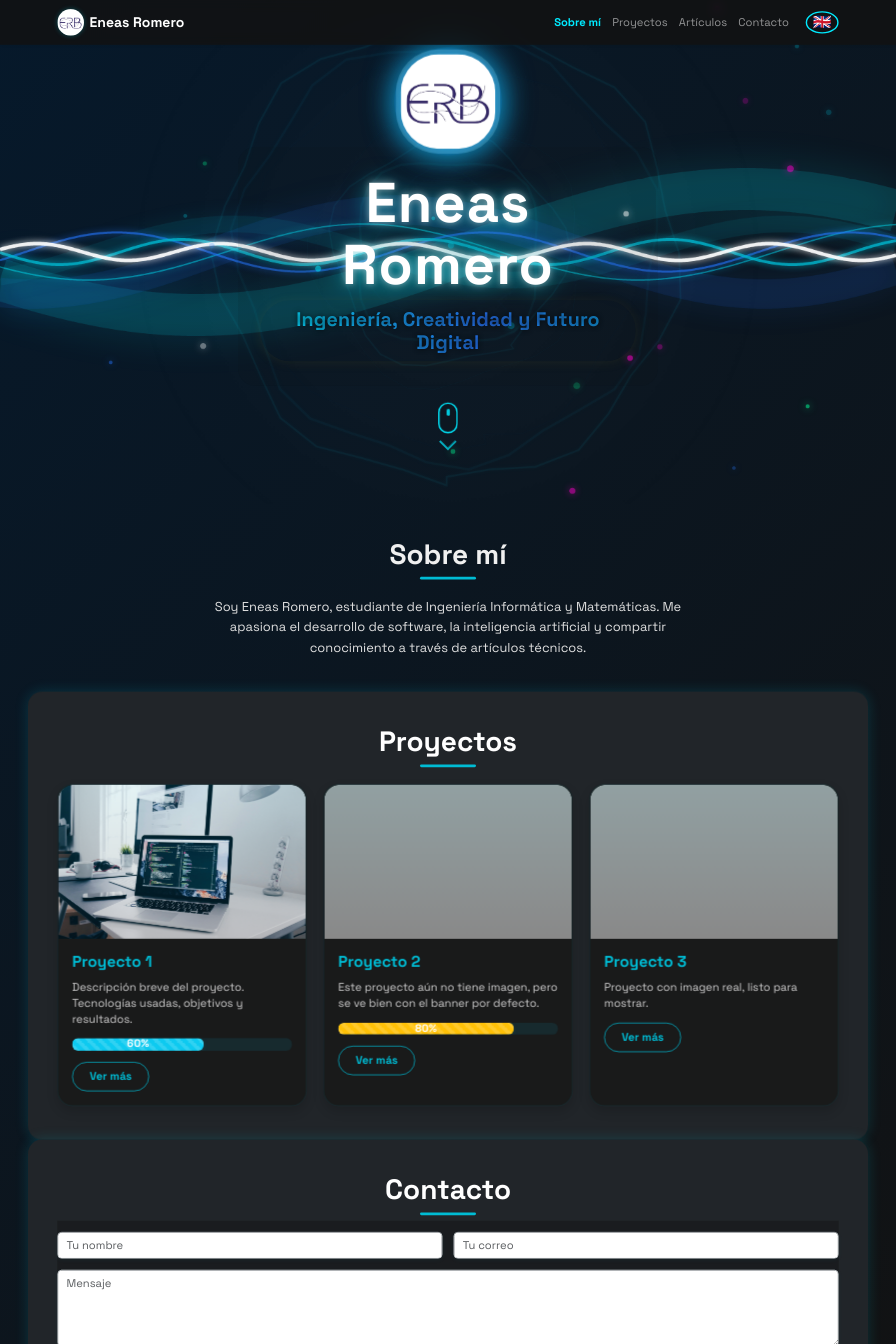
Repository: enerombar/enerombar.github.io
Page: index.html
An editor plug-in stored every save of this project. The page is shown before and after the next save, followed by the edit.
The browser window is 1280 px wide. The pictures show the part of the page from y = 0 to 1920 px (the page is 2161 px tall before and 2857 px after), at 70% of full size.
Pictures or frames that could not be fetched are drawn as grey boxes. Some web libraries are served in a nearby version.

Above is the page before, as saved 2025-06-27 01:48:14.
Console error: SyntaxError: Identifier 'translations' has already been declared

### index.html
<!DOCTYPE html>
<html lang="es">
<head>
  <meta charset="UTF-8" />
  <meta name="viewport" content="width=device-width, initial-scale=1" />
  <title>Eneas Romero - Portfolio</title>

  <!-- Google Fonts -->
  <link href="https://fonts.googleapis.com/css2?family=Space+Grotesk:wght@400;700&display=swap" rel="stylesheet" />

  <!-- Bootstrap -->
  <link href="https://cdn.jsdelivr.net/npm/bootstrap@5.3.0/dist/css/bootstrap.min.css" rel="stylesheet" />

<!-- AOS Animations -->
<link href="https://cdn.jsdelivr.net/npm/aos@2.3.4/dist/aos.css" rel="stylesheet" />


  <!-- FontAwesome Icons -->
  <script src="https://kit.fontawesome.com/2dd1da6546.js" crossorigin="anonymous"></script>

  <!-- Custom CSS -->
  <link href="styles.css" rel="stylesheet" />
  <!-- Elimina Particles.js -->
  <!-- <script src="https://cdn.jsdelivr.net/npm/particles.js@2.0.0/particles.min.js"></script> -->
</head>
<body>
  <!-- Pantalla de carga -->
  <div id="loading-screen">
    <div class="spinner"></div>
  </div>
  <!-- Fondo animado canvas -->
  <canvas id="background-canvas"></canvas>
  <!-- NAVBAR -->
  <nav class="navbar navbar-expand-lg navbar-dark bg-dark fixed-top shadow-sm" style="backdrop-filter: blur(8px); background:rgba(18,18,18,0.85)!important;">
    <div class="container">
      <a class="navbar-brand fw-bold d-flex align-items-center gap-2" href="index.html">
        <img src="img/logo.png" alt="Logo" style="height:38px;width:38px;border-radius:50%;background:#fff;padding:3px;box-shadow:0 0 8px #00eaff44;">
        Eneas Romero
      </a>
      <button class="navbar-toggler" type="button" data-bs-toggle="collapse" data-bs-target="#navbarNav"
        aria-controls="navbarNav" aria-expanded="false" aria-label="Toggle navigation">
        <span class="navbar-toggler-icon"></span>
      </button>

      <div class="collapse navbar-collapse justify-content-end" id="navbarNav">
        <ul class="navbar-nav align-items-center">
          <li class="nav-item">
            <a class="nav-link active" href="#hero" data-key="navAbout">Sobre mí</a>
          </li>
          <li class="nav-item">
            <a class="nav-link" href="proyectos.html" data-key="navProjectsPage">Proyectos</a>
          </li>
          <li class="nav-item">
            <a class="nav-link" href="articulos.html" data-key="navArticles">Artículos</a>
          </li>
          <li class="nav-item">
            <a class="nav-link" href="#contact" data-key="navContact">Contacto</a>
          </li>
          <li class="nav-item ms-3">
            <button id="langToggle" class="btn btn-flag" aria-label="Cambiar idioma" style="font-size:1.35rem;padding:0.2rem 0.5rem;">
              <img id="langFlag" src="img/gb.svg" alt="Cambiar idioma" style="height:24px;width:32px;object-fit:cover;">
            </button>
          </li>
        </ul>
      </div>
    </div>
  </nav>

  <!-- HERO -->
  <header id="hero" class="hero text-white d-flex align-items-center justify-content-center text-center" data-aos="fade-down"
    data-aos-duration="1500" data-aos-easing="ease-in-out" style="position:relative;z-index:1;">
    <div class="w-100 d-flex flex-column align-items-center">
      <!-- Logo centrado arriba -->
      <div class="hero-logo-wrapper">
        <img id="hero-logo" src="img/logo.png" alt="Logo Eneas Romero" style="height:130px;width:130px;max-width:130px;">
      </div>
      <!-- Título y subtítulo en recuadro -->
      <div class="hero-content-glass">
        <div class="hero-text-wrapper text-center">
          <h1 class="display-2 fw-bold hero-title" data-key="heroName">
            Eneas Romero
          </h1>
          <p class="lead hero-subtitle mb-2 text-gradient" data-key="heroSubtitle">
            Ingeniería, Creatividad y Futuro Digital
          </p>
        </div>
      </div>
      <!-- Indicador scroll animado fuera del recuadro -->
      <div class="scroll-indicator mt-4" aria-label="Desplazar hacia abajo">
        <button id="scroll-down-btn" class="scroll-mouse-btn" aria-label="Bajar a la siguiente sección">
          <span class="scroll-mouse">
            <span class="scroll-wheel"></span>
          </span>
          <span class="scroll-arrow"></span>
        </button>
      </div>
    </div>
  </header>

  <!-- SOBRE MÍ -->
  <section id="about" class="py-5" data-aos="fade-right" data-aos-duration="1200" data-aos-delay="200" style="position:relative;z-index:1;">
    <div class="container">
      <h2 class="mb-4 section-title" data-key="aboutTitle">Sobre mí</h2>
      <p class="section-text" data-key="aboutText">
        Soy Eneas Romero, estudiante de Ingeniería Informática y Matemáticas. Me apasiona el desarrollo de software,
        la inteligencia artificial y compartir conocimiento a través de artículos técnicos.
      </p>
    </div>
  </section>

  <!-- PROYECTOS -->
  <section id="projects" class="py-5 bg-dark text-white" style="position:relative;z-index:1;">
    <div class="container" data-aos="zoom-in" data-aos-duration="1500" data-aos-delay="300">
      <h2 class="mb-4 section-title" data-key="projectsTitle">Proyectos</h2>
      <div class="row g-4">

        <div class="col-md-4" data-aos="flip-left" data-aos-duration="1000" data-aos-delay="400">
          <div class="card h-100 shadow project-card elegant-card">
            <div class="project-img-wrapper">
              <img src="img/proyecto1.jpg" onerror="this.onerror=null;this.src='img/banner_default.png';"
                class="card-img-top" alt="Proyecto 1" />
              <div class="project-img-overlay"></div>
            </div>
            <div class="card-body">
              <h5 class="card-title" data-key="project1Title">Proyecto 1</h5>
              <p class="card-text" data-key="project1Desc">Descripción breve del proyecto. Tecnologías usadas, objetivos y resultados.</p>
              <!-- Barra de progreso -->
              <div class="progress mb-3 project-progress">
                <div class="progress-bar progress-bar-striped progress-bar-animated bg-info" role="progressbar" style="width: 60%;" aria-valuenow="60" aria-valuemin="0" aria-valuemax="100">60%</div>
              </div>
              <a href="#" class="btn btn-outline-primary project-btn" data-key="btnViewMore">Ver más</a>
            </div>
          </div>
        </div>

        <div class="col-md-4" data-aos="flip-left" data-aos-duration="1000" data-aos-delay="600">
          <div class="card h-100 shadow project-card elegant-card">
            <div class="project-img-wrapper">
              <img src="img/proyecto2.jpg" onerror="this.onerror=null;this.src='img/banner_default.png';"
                class="card-img-top" alt="Proyecto 2" />
              <div class="project-img-overlay"></div>
            </div>
            <div class="card-body">
              <h5 class="card-title" data-key="project2Title">Proyecto 2</h5>
              <p class="card-text" data-key="project2Desc">Este proyecto aún no tiene imagen, pero se ve bien con el banner por defecto.</p>
              <!-- Barra de progreso -->
              <div class="progress mb-3 project-progress">
                <div class="progress-bar progress-bar-striped progress-bar-animated bg-warning" role="progressbar" style="width: 80%;" aria-valuenow="80" aria-valuemin="0" aria-valuemax="100">80%</div>
              </div>
              <a href="#" class="btn btn-outline-primary project-btn" data-key="btnViewMore">Ver más</a>
            </div>
          </div>
        </div>

        <div class="col-md-4" data-aos="flip-left" data-aos-duration="1000" data-aos-delay="800">
          <div class="card h-100 shadow project-card elegant-card">
            <div class="project-img-wrapper">
              <img src="img/proyecto3.jpg" onerror="this.onerror=null;this.src='img/banner_default.png';"
                class="card-img-top" alt="Proyecto 3" />
              <div class="project-img-overlay"></div>
            </div>
            <div class="card-body">
              <h5 class="card-title" data-key="project3Title">Proyecto 3</h5>
              <p class="card-text" data-key="project3Desc">Proyecto con imagen real, listo para mostrar.</p>
              <a href="#" class="btn btn-outline-primary project-btn" data-key="btnViewMore">Ver más</a>
            </div>
          </div>
        </div>

      </div>
    </div>
  </section>

  <!-- CONTACTO -->
  <section id="contact" class="py-5 bg-dark text-white" data-aos="fade-up" data-aos-duration="1200" data-aos-delay="200" style="position:relative;z-index:1;">
    <div class="container">
      <h2 class="mb-4 section-title" data-key="contactTitle">Contacto</h2>
      <form class="contact-form-glass">
        <div class="row g-3">
          <div class="col-md-6">
            <input type="text" class="form-control" placeholder="Tu nombre" data-key-placeholder="formName" required />
          </div>
          <div class="col-md-6">
            <input type="email" class="form-control" placeholder="Tu correo" data-key-placeholder="formEmail" required />
          </div>
        </div>
        <div class="mb-3 mt-3">
          <textarea class="form-control" rows="4" placeholder="Mensaje" data-key-placeholder="formMessage" required></textarea>
        </div>
        <div class="d-flex justify-content-center">
          <button type="submit" class="btn btn-primary contact-btn" data-key="btnSend">Enviar</button>
        </div>
      </form>
    </div>
  </section>

  <!-- FOOTER -->
  <footer class="footer-glass text-center py-4 mt-5">
    <div class="container">
      <span class="text-muted">&copy; 2024 Eneas Romero. Todos los derechos reservados.</span>
    </div>
  </footer>

  <!-- Scripts Bootstrap y AOS -->
  <script src="https://cdn.jsdelivr.net/npm/bootstrap@5.3.0/dist/js/bootstrap.bundle.min.js"></script>
  <script src="https://cdn.jsdelivr.net/npm/aos@2.3.4/dist/aos.js"></script>
  <script src="scripts.js"></script>
  <script>
    // Ocultar pantalla de carga al cargar la página
    window.addEventListener('load', function() {
      setTimeout(() => {
        document.getElementById('loading-screen').classList.add('hide');
      }, 200);
    });

    AOS.init({
      once: true,
      mirror: false,
    });

    // Scroll al hacer click en el indicador
    document.addEventListener('DOMContentLoaded', function() {
      const scrollBtn = document.getElementById('scroll-down-btn');
      if (scrollBtn) {
        scrollBtn.addEventListener('click', function(e) {
          e.preventDefault();
          // Busca la siguiente sección después del hero
          const nextSection = document.querySelector('section');
          if (nextSection) {
            nextSection.scrollIntoView({ behavior: 'smooth' });
          }
        });
      }
    });

    // Siempre empieza arriba al recargar el index
    document.addEventListener('DOMContentLoaded', function() {
      if (window.location.hash) {
        window.scrollTo(0, 0);
        history.replaceState(null, null, window.location.pathname);
      } else {
        window.scrollTo(0, 0);
      }
    });

    // Traducciones y lógica de idioma
    const translations = {
      en: {
        navAbout: "About me",
        navProjects: "Projects",
        navContact: "Contact",
        heroName: "Eneas Romero",
        heroSubtitle: "Engineering, Creativity, and Digital Future",
        btnViewProjects: "View projects",
        aboutTitle: "About me",
        aboutText: "I am Eneas Romero, a student of Computer Engineering and Mathematics. I am passionate about software development, artificial intelligence, and sharing knowledge through technical articles.",
        projectsTitle: "Projects",
        project1Title: "Project 1",
        project1Desc: "Brief description of the project. Technologies used, objectives, and results.",
        project2Title: "Project 2",
        project2Desc: "This project doesn't have an image yet, but it looks good with the default banner.",
        project3Title: "Project 3",
        project3Desc: "Project with real image, ready to show.",
        btnViewMore: "View more",
        contactTitle: "Contact",
        formName: "Your name",
        formEmail: "Your email",
        formMessage: "Message",
        btnSend: "Send"
      },
      es: {
        navAbout: "Sobre mí",
        navProjects: "Proyectos",
        navContact: "Contacto",
        heroName: "Eneas Romero",
        heroSubtitle: "Ingeniería, Creatividad y Futuro Digital",
        btnViewProjects: "Ver proyectos",
        aboutTitle: "Sobre mí",
        aboutText: "Soy Eneas Romero, estudiante de Ingeniería Informática y Matemáticas. Me apasiona el desarrollo de software, la inteligencia artificial y compartir conocimiento a través de artículos técnicos.",
        projectsTitle: "Proyectos",
        project1Title: "Proyecto 1",
        project1Desc: "Descripción breve del proyecto. Tecnologías usadas, objetivos y resultados.",
        project2Title: "Proyecto 2",
        project2Desc: "Este proyecto aún no tiene imagen, pero se ve bien con el banner por defecto.",
        project3Title: "Proyecto 3",
        project3Desc: "Proyecto con imagen real, listo para mostrar.",
        btnViewMore: "Ver más",
        contactTitle: "Contacto",
        formName: "Tu nombre",
        formEmail: "Tu correo",
        formMessage: "Mensaje",
        btnSend: "Enviar"
      }
    };

    let currentLang = 'es';

    const switchLanguage = () => {
      currentLang = currentLang === 'es' ? 'en' : 'es';
      // Cambia la bandera
      document.getElementById('langFlag').src = currentLang === 'en' ? 'img/es.svg' : 'img/gb.svg';

      // Cambiar textos con data-key
      document.querySelectorAll('[data-key]').forEach(el => {
        const key = el.getAttribute('data-key');
        if (translations[currentLang] && translations[currentLang][key]) {
          el.textContent = translations[currentLang][key];
        }
      });

      // Cambiar placeholders con data-key-placeholder
      document.querySelectorAll('[data-key-placeholder]').forEach(el => {
        const key = el.getAttribute('data-key-placeholder');
        if (translations[currentLang] && translations[currentLang][key]) {
          el.setAttribute('placeholder', translations[currentLang][key]);
        }
      });
    };

    document.getElementById('langToggle').addEventListener('click', switchLanguage);

    // Al cargar la página, asegúrate de que la bandera sea la correcta
    document.addEventListener('DOMContentLoaded', function() {
      document.getElementById('langFlag').src = currentLang === 'en' ? 'img/es.svg' : 'img/gb.svg';
    });

    // Scroll al hacer click en el indicador
    document.addEventListener('DOMContentLoaded', function() {
      const scrollBtn = document.getElementById('scroll-down-btn');
      if (scrollBtn) {
        scrollBtn.addEventListener('click', function(e) {
          e.preventDefault();
          // Busca la siguiente sección después del hero
          const nextSection = document.querySelector('section');
          if (nextSection) {
            nextSection.scrollIntoView({ behavior: 'smooth' });
          }
        });
      }
    });

    // Siempre empieza arriba al recargar el index
    document.addEventListener('DOMContentLoaded', function() {
      if (window.location.hash) {
        window.scrollTo(0, 0);
        history.replaceState(null, null, window.location.pathname);
      } else {
        window.scrollTo(0, 0);
      }
    });
  </script>
</body>
</html>

Loaded but not shown: scripts.js (288 lines, source omitted); styles.css (612 lines, source omitted)

After the next save:
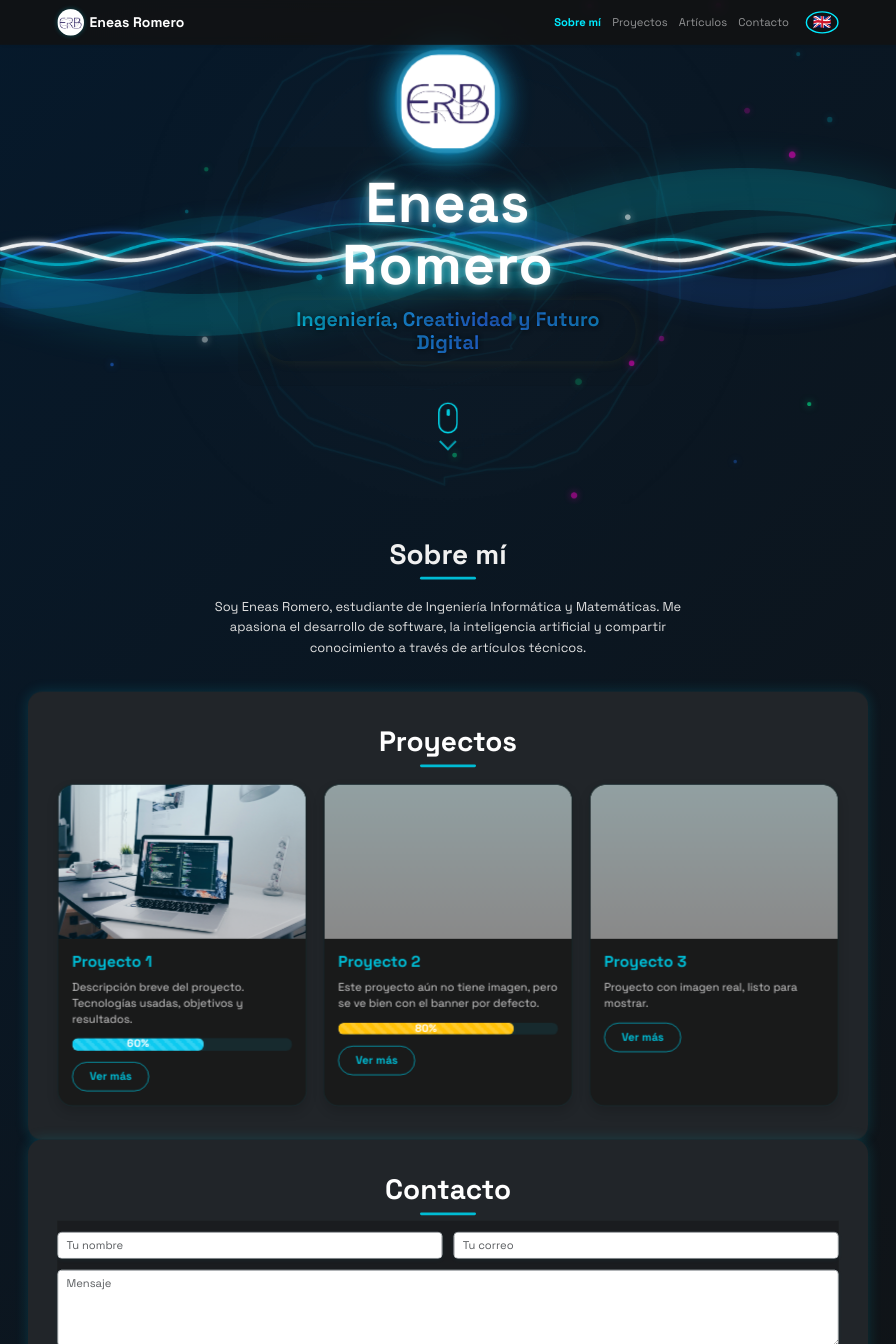
The error is gone.
Saved 4 min 7 s later.
--- a/index.html
+++ b/index.html
@@ -205,8 +205,8 @@
   <script src="https://cdn.jsdelivr.net/npm/bootstrap@5.3.0/dist/js/bootstrap.bundle.min.js"></script>
   <script src="https://cdn.jsdelivr.net/npm/aos@2.3.4/dist/aos.js"></script>
   <script src="scripts.js"></script>
-  <script>
-    // Ocultar pantalla de carga al cargar la página
+</body>
+</html>
     window.addEventListener('load', function() {
       setTimeout(() => {
         document.getElementById('loading-screen').classList.add('hide');
